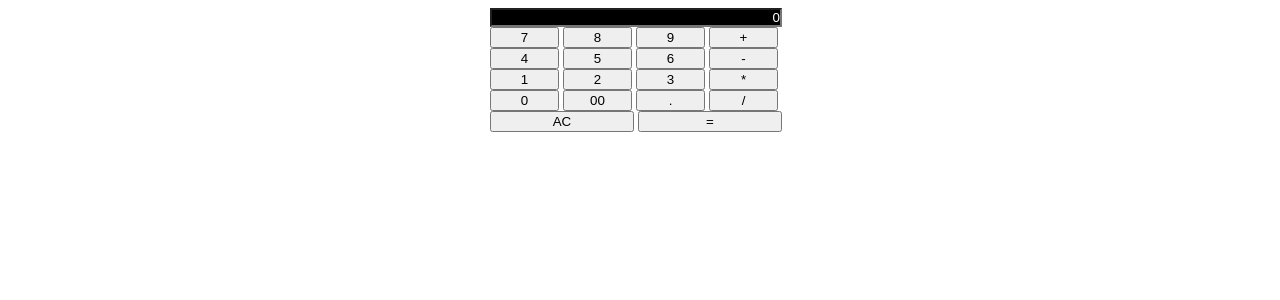
Repository: 7121yamamotorina/memo
Page: index2.html
The author's editor kept a record of every edit. The page is drawn from the files as they stood at one moment, then again after the next edit.
The browser window is 1280 px wide. The pictures show the whole page.
After loading, the first visible `button.danme6` was clicked once.
Some web libraries are served in a nearby version.

Above is the page before.

After the next edit:
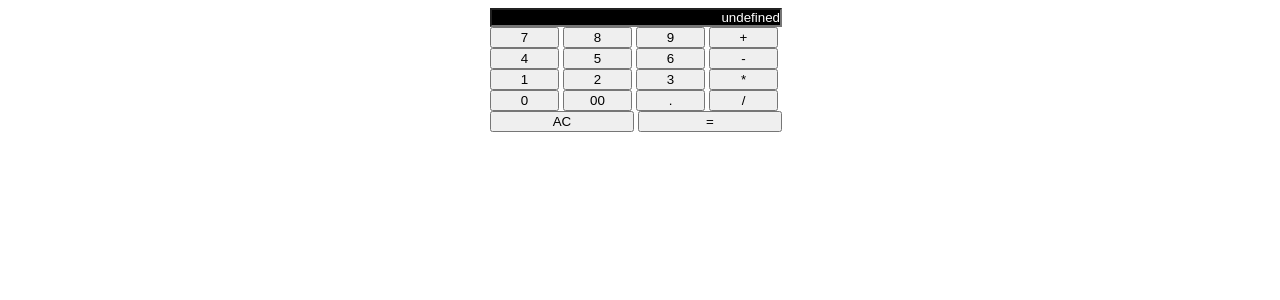
The edit:
--- a/main2.js
+++ b/main2.js
@@ -22,5 +22,8 @@
 }
 
 $(".danme6").on("click", function(e){
-  console.log("jquery",e.target)
+  // console.log("jquery",e.target.val())
+  console.log($(event.target).text())
+
+  clickbutton()
 })

After the 3 edits that followed:
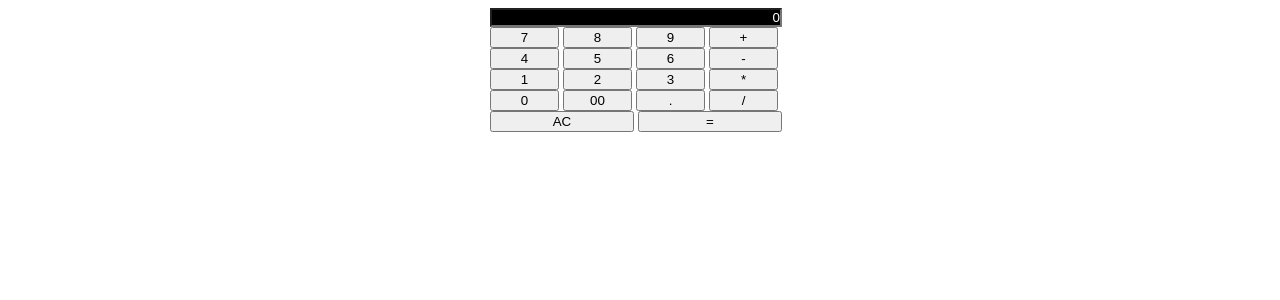
The 3 edits are shown as one change because 2 left the picture as it was.
The edit:
--- a/main2.js
+++ b/main2.js
@@ -21,9 +21,10 @@
 }
 }
 
-$(".danme6").on("click", function(e){
+$(".danme6").on("click", function(){
   // console.log("jquery",e.target.val())
   console.log($(event.target).text())
+  var input = $(event.target).text()
 
-  clickbutton()
+  clickbutton(input)
 })
